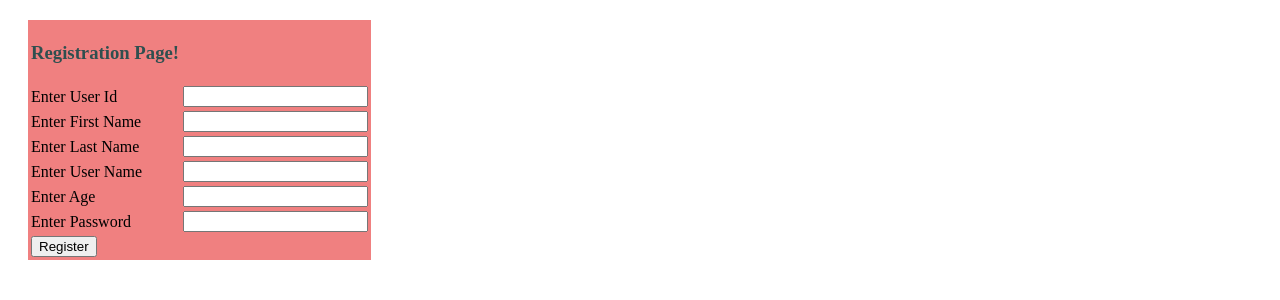
Repository: Pramila0526/LoginRegistrationUsingFilters
Page: http://localhost/LoginAndRegistration/register.jsp
The author's editor kept a copy of each file at every save. The page is drawn from the files as they stood at one save, then again after the next save.
The browser window is 1280 px wide. The pictures show the whole page.
The page is served by Tomcat 9. Other server files are loaded and not shown.

Above is the page before, as saved 2019-12-27 05:24:00.

### LoginAndRegistration/WebContent/register.jsp
<%@ page language="java" contentType="text/html; charset=UTF-8"
    pageEncoding="UTF-8"%>
<!DOCTYPE html>
<html>
<head>
<meta charset="UTF-8">
<title>Insert title here</title>
</head>
<body>
<form action="Registration" method="post">
		<table
			style="background-color: lightcoral; margin-left: 20px; margin-top: 20px">
			<tr>
				<td><h3 style="color: darkslategray;">Registration Page!</h3></td>
			</tr>
			<tr>
				<td>Enter User Id</td>
				<td><input type="text" name="userId"></td>
			</tr>

			<tr>
				<td>Enter First Name</td>
				<td><input type="text" name="firstname"></td>
			</tr>

			<tr>
				<td>Enter Last Name</td>
				<td><input type="text" name="lastname"></td>
			</tr>

			<tr>
				<td>Enter User Name</td>
				<td><input type="text" name="username"></td>
			</tr>
			<tr>
				<td>Enter Age</td>
				<td><input type="text" name="age"></td>
			</tr>

			<tr>
				<td>Enter Password</td>
				<td><input type="password" name="password"></td>
			</tr>

			<tr>
				<td><input type="submit" name="Submit" value="Register"></td>
			</tr>
		</table>
	</form>
</body>
</html>

After the next save:
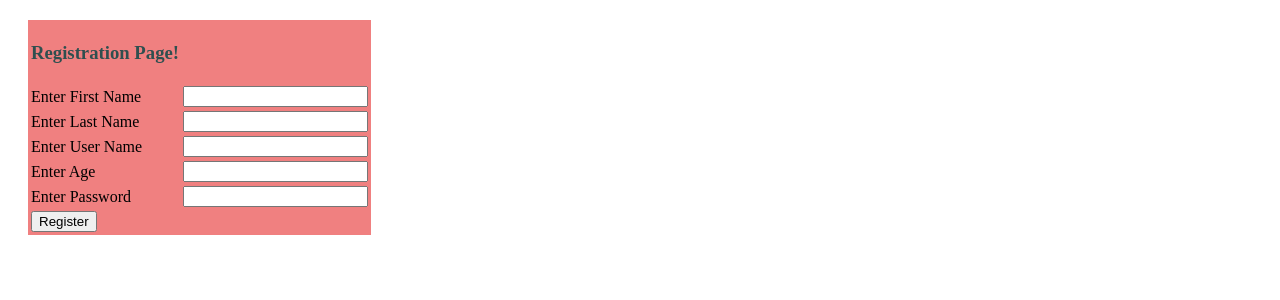
Saved 8 s later.
--- a/LoginAndRegistration/WebContent/register.jsp
+++ b/LoginAndRegistration/WebContent/register.jsp
@@ -13,10 +13,7 @@
 			<tr>
 				<td><h3 style="color: darkslategray;">Registration Page!</h3></td>
 			</tr>
-			<tr>
-				<td>Enter User Id</td>
-				<td><input type="text" name="userId"></td>
-			</tr>
+
 
 			<tr>
 				<td>Enter First Name</td>
